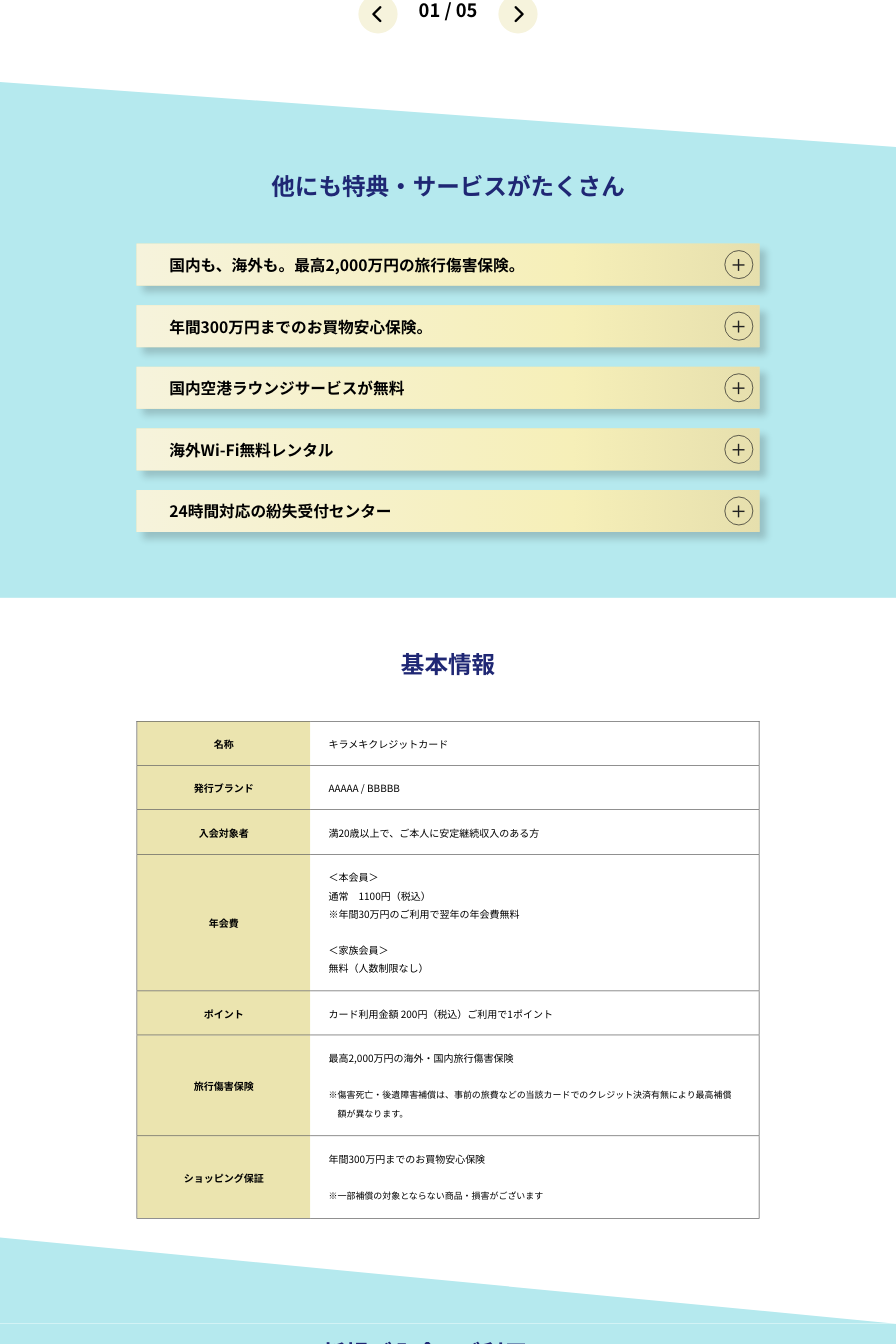
Repository: ryu-nuno/tech_academy_subwork
Page: kadai-kirameki-card/index.html
The author's editor kept a record of every edit. The page is drawn from the files as they stood at one moment, then again after the next edit.
The browser window is 1280 px wide. The pictures show the part of the page from y = 3260 to 5180 px (the page is 6289 px tall before and 6309 px after), at 70% of full size.
Some web libraries are served in a nearby version.

Above is the page before.

### kadai-kirameki-card/index.html
<!DOCTYPE html>
<html lang="ja">
    <head>
        <meta charset="UTF-8">
        <meta name="viewport" content="width=device-width, initial-scale=1.0">
        <title>Kirameki-card</title>
        <meta name="description" content="ページの説明が入ります">

        <!-- CSS -->
        <link rel="stylesheet" href="https://cdnjs.cloudflare.com/ajax/libs/normalize/8.0.1/normalize.css">
        <link rel="stylesheet" type="text/css" href="./slick/slick.css">
        <link rel="stylesheet" type="text/css" href="./slick/slick-theme.css">
        <!--<link rel="stylesheet" href="https://unpkg.com/swiper/swiper-bundle.css">
        <link rel="stylesheet" href="https://unpkg.com/swiper/swiper-bundle.min.css">-->
        <link rel="stylesheet" href="https://unpkg.com/swiper@7/swiper-bundle.min.css">
        <link rel="stylesheet" href="css/ress.min.css">
        <link rel="stylesheet" href="./css/style.css">

        <!-- FontAwesome -->
        <script src="https://kit.fontawesome.com/ab2670e4fc.js" crossorigin="anonymous"></script>

        <link rel="preconnect" href="https://fonts.googleapis.com">
        <link rel="preconnect" href="https://fonts.gstatic.com" crossorigin>
        <link href="https://fonts.googleapis.com/css2?family=Cormorant+Garamond:wght@300&family=Noto+Serif+JP&family=Roboto&display=swap" rel="stylesheet">
    </head>
    <body>
      <div id="wrapper">


        <!-- ヘッダー -->
        <header class="header">
          <div class="logo"><img src="./images/pc/Kirameki_Card_logo.png" alt=""></div>

          <div class="header_wrap">
            <div class="nav">
            <nav class="pc_nav">
              <ul class="pc_nav_ul">
                <li><a href="#">カード活用方法</a></li>
                <li><a href="#">ポイントを使う</a></li>
                <li><a href="#">お問合せ</a></li>
              </ul>
            </nav>
            </div>

            <div class="application_button_s"><span class="head_right"><a href="#">申し込む</a></span><i class="fas fa-chevron-right"></i></div>
          </div>
        </header>


        <header class="sp_header">
          <div><div class="sp_logo">キラメキカード</div></div>
                  <div class="sp_nav_wrap">
          <div id="menu"><span class="hamburger"><i class="fas fa-bars"></i></span></div>
            <nav class="sp_nav">
            <ul class="sp_nav_ul">
              <li><a href="#">カード活用方法</a></li>
              <li><a href="#">ポイントを使う</a></li>
              <li><a href="#">お問い合わせ</a></li>
            </ul>
        </nav>
    </div>
  </header>

        <!--メイン-->
        <main>

          <section class="main_top">
              <h1 class="main_catch">ネットショッピング時代の<br class="sp_br">スタンダード</h1>
                <div class="main_img">
                  <img src="./images/pc/lp6_1.png" alt="">
                </div>
                <div class="sp_join_button"><span class="sp_join_p"><a href="#">申し込む</a></span><i class="fas fa-chevron-right"></i></div>
                <div class="stack">
                  <div class="sub_catch">キラメキカードは<br class="sp_br">2021最強クレジットカード<br class="sp_br">ランキングNo.1に選ばれました</div>
                </div>
          </section>


          <div class="hide">
            <div class="gap">

            </div>
          </div>

          <div class="hide">
            <section class="join1">

              <h2 class="ad_heading">新規ご入会&ご利用で！</h2>
              <div class="join_wrap">
                <div class="join_detail">
                  <span class="vertical">最大</span>
                  <span class="font_l_red">8000</span><span class="point">ポイント</span><span class="kome">※</span><br>
                  <span class="text_center_present">プレゼント!</span>
                </div>

                <div class="campaign_period">
                  <span class="campaign">キャンペーン期間</span>
                 <span class="period">2021年10月1日〜2022年3月31日</span>
                </div>

                 <div class="campaign_caution">
                   <span class="rice_2">※</span>
                  <span class="subject">最大8000ポイントは新規ご入会かつカード発行後1ヶ月以内に3000円以上ご利用いただいた方が対象となります</span>
                 </div>

                <div class="caution_detail">
                  <div class="detail_first">
                  <span class="caution">＜ご注意事項＞<br></span>
                  <span class="not_app">以下のいずれかに当てはまる場合は対象外になります。<br></span>
                </div>

                <div class="detail_second">
                  <div class="flex">
                  <span class="not_app_p">・</span><span class="not_app_block">2021年9月30日時点で弊社が指定するカードをお持ちの方</span>
                </div>
                <div class="flex">
                  <span class="not_app_p">・</span><span class="not_app_block">2019年3月1日以降、新規で弊社が指定するカードを発行した履歴がある方</span>
                </div>
              </div>
              </div>
              </div>

                <div class="application_button_l"><span class="ad_right"><a href="#">キラメキカードに申し込む</a></span><i class="fas fa-chevron-right"></i></div>
             </section>
            </div>

          <div class="hide">
           <section class="benefit_service">
             <h2 class="heading">特典・サービス</h2>
            <table class="benefit_table">
              <tr>
                <td class="h_cell left_top"><span class="bold_head t_head">年会費</span></td>
                <td class="d_cell right_top"><span class="bold">1,100円（税込）<br></span>
                  <span class="bold">年間30万円のご利用で</span><span class="red_m">翌年度無料</span><span class="annotation sp_position">※1</span>
              </td>
              </tr>
              <tr>
                <td class="h_cell"><span class="bold_head t_head">ポイント還元</span></td>
                <td class="d_cell"><span class="bold">最大</span><span class="red_l">5</span><span class="bold">%</span><span class="annotation">※2</span> </td>
              </tr>
              <tr>
                <td class="h_cell"><span class="bold_head t_head">継続特典</span></td>
                <td class="d_cell"><span class="regular">年間30万円のご利用でもれなく<br></span>
                    <span class="red_l">5000</span><span class="bold">ポイント還元</span><span class="annotation">※1</span>
                </td>
              </tr>
              <tr>
                <td class="h_cell left_bottom"><span class="bold_head t_head">付帯サービス</span></td>
                <td class="d_cell right_bottom"><span class="regular">海外旅行障害保険<br></span>
                  <span class="bold">最高</span><span class="red_l">2000</span><span class="bold">万円</span>
                </td>
              </tr>
            </table>

            <div class="supplement sp_bottom"><span class="spp_no">※1 対象取引や算定期間等の実際の適用条件などの詳細は規約をご確認ください。</span></div>

          <div class="supplement"><span class="spp_no">※2一部ポイント加算対象とならない店舗および指定のポイント還元率にならない場合があります。ポイント還元率は利用金額に対する獲得ポイントを示したもので、ポイントの交換方法によっては、1ポイント1円相当にならない場合がございます。</span></div>


              <div class="application_button_l"><span class="ad_right"><a href="#">キラメキカードに申し込む</a></span><i class="fas fa-chevron-right"></i></div>
           </section>
          </div>

            <div class="hide">
             <section class="flow">
               <h2 class="heading">カード発行までの流れ</h2>

               <div class="swiper">
                <div class="swiper-wrapper">
                  <div class="swiper-slide"><div class="swiper-content"><span class="flow_no">01<br></span><span class="flow_head">カードお申し込み</span></div></div>
                  <div class="swiper-slide"><div class="swiper-content"><span class="flow_no">02<br></span><span class="flow_head">入会審査・カード発行</span></div></div>
                  <div class="swiper-slide"><div class="swiper-content"><span class="flow_no">03<br></span><span class="flow_head">カード到着</span></div></div>
                  <div class="swiper-slide"><div class="swiper-content"><span class="flow_no">04<br></span><span class="flow_head">アプリをダウンロード</span></div></div>
                  <div class="swiper-slide"><div class="swiper-content"><span class="flow_no">05<br></span><span class="flow_head">アプリでカード番号を確認</span></div></div>
                </div>
                <div class="swiper-button-prev"></div>
                <div class="swiper-button-next"></div>
                <div class="swiper-pagination"></div>
              </div>
             </section>
            </div>


           <section class="other">
              <h2 class="heading">他にも<br class="sp_br">特典・サービスがたくさん</h2>

              <div class="other_wrap">
                <dl class="accordion">
                    <dt class="other_heading"><div class="sp_question pc_question"><span class="other_head_p">国内も、海外も。<br class="sp_br">最高2,000万円の旅行傷害保険。</span><span class="symbol">開く</span></div></dt>
                    <dd class="other_p"><div class="flex" style="display : flex; align-items: baseline;"><div class="other_block">最高2,000万円の旅行傷害保険<br>海外・国内最高2,000万円の旅行傷害保険が付帯されます。（一部利用条件あり）</div></div></dd>
                    <dt class="other_heading"><div class="sp_question"><span class="other_head_p">年間300万円までの<br class="sp_br">お買物安心保険。</span><span class="symbol">開く</span></div></dt>
                    <dd class="other_p"><div class="flex" style="display : flex; align-items: baseline;"><div class="other_block">キラメキクレジットカードで決済して購入した商品が壊れたり、盗まれたりしたときに安心の保険サービスです。<br>保険料のお支払いや事前のお届けは必要ございません。</div></div></dd>
                    <dt class="other_heading"><div class="sp_question"><span class="other_head_p">国内空港ラウンジサービスが<br class="sp_br">無料<br class="sp_br"></span><span class="symbol">開く</span></div></dt>
                    <dd class="other_p"><div class="flex" style="display : flex; align-items: baseline;"><div class="other_block">国内主要空港のラウンジを無料でご利用いただくことが可能です。</div></div></dd>
                    <dt class="other_heading"><div class="sp_question"><span class="other_head_p_2">海外Wi-Fi無料レンタル</span><span class="symbol">開く</span></div></dt>
                    <dd class="other_p"><div class="flex" style="display : flex; align-items: baseline;"><div class="other_block">海外でご利用いただけるポータブルWi-Fiを無料でレンタルすることが可能です。</div></div></dd>
                    <dt class="other_heading"><div class="sp_question"><span class="other_head_p">24時間対応の<br class="sp_br">紛失受付センター</span><span class="symbol">開く</span></div></dt>
                    <dd class="other_p"><div class="flex" style="display : flex; align-items: baseline;"><div class="other_block">紛失したカードの利用停止と再発行のお手続きをWebと電話から同時に行うことが可能です。</div></div></dd>
                  </dl>
                </div>
            </section>








            <div class="hide">
              <section class="base_info">
                <h2 class="base_heading">基本情報</h2>

                <table class="base_info_table">
                  <tr><td class="base_info_th">名称</td><td class="base_info_td">キラメキクレジットカード</td></tr>
                  <tr><td class="base_info_th">発行ブランド</td><td class="base_info_td">AAAAA / BBBBB</td></tr>
                  <tr><td class="base_info_th">入会対象者</td><td class="base_info_td">満20歳以上で、ご本人に安定継続収入のある方</td></tr>
                  <tr><td class="base_info_th">年会費</td><td class="base_info_td"><div class="line_height">＜本会員＞<br>通常　1100円（税込）<br><span class="annotation_block">※年間30万円のご利用で翌年の年会費無料</span><br>＜家族会員＞<br>無料（人数制限なし）</div></td></tr>
                  <tr><td class="base_info_th">ポイント</td><td class="base_info_td">カード利用金額 200円（税込）ご利用で1ポイント</td></tr>
                  <tr><td class="base_info_th">旅行傷害保険</td><td class="base_info_td">最高2,000万円の海外・国内旅行傷害保険<br><span class="annotation_flex"><span class="info_annotation">※</span><span class="info_annotation annotation_block">傷害死亡・後遺障害補償は、事前の旅費などの当該カードでのクレジット決済有無により最高補償額が異なります。</span></span></td></tr>
                  <tr><td class="base_info_th">ショッピング保証</td><td class="base_info_td">年間300万円までのお買物安心保険<br><span class="annotation_flex"><span class="info_annotation">※</span><span class="info_annotation annotation_block">一部補償の対象とならない商品・損害がございます</span></span></td></tr>


                </table>
              </section>
            </div>

            <div class="hide">
              <section class="join2">
                <h2 class="ad_heading">新規ご入会&amp;ご利用で！</h2>
                <div class="join_wrap">
                  <div class="join_detail">
                    <span class="vertical">最大</span>
                    <span class="font_l_red">8000</span><span class="point">ポイント</span><span class="kome">※</span><br>
                    <span class="text_center_present">プレゼント!</span>
                  </div>

                  <div class="campaign_period">
                    <span class="campaign">キャンペーン期間</span>
                   <span class="period">2021年10月1日〜2022年3月31日</span>
                  </div>

                   <div class="campaign_caution">
                     <span class="rice_2">※</span>
                    <span class="subject">最大8000ポイントは新規ご入会かつカード発行後1ヶ月以内に3000円以上ご利用いただいた方が対象となります</span>
                   </div>

                  <div class="caution_detail">
                    <div class="detail_first">
                    <span class="caution">＜ご注意事項＞<br></span>
                    <span class="not_app">以下のいずれかに当てはまる場合は対象外になります。<br></span>
                  </div>

                  <div class="detail_second">
                    <div class="flex">
                    <span class="not_app_p">・</span><span class="not_app_block">2021年9月30日時点で弊社が指定するカードをお持ちの方</span>
                  </div>
                  <div class="flex">
                    <span class="not_app_p">・</span><span class="not_app_block">2019年3月1日以降、新規で弊社が指定するカードを発行した履歴がある方</span>
                  </div>
                </div>
                </div>
                </div>

                  <div class="application_button_l"><span class="ad_right"><a href="#">キラメキカードに申し込む</a></span><i class="fas fa-chevron-right"></i></div>
               </section>
              </div>

        </main>

        <!-- フッター -->
        <footer class="footer">
          <div class="footer_logo"><img src="./images/pc/Kirameki_Card_logo.png" alt="フッターロゴ"></div>
          <p class="copywrite">&copy; 2004-2021 Kirameki Card Co. Ltd. All Rights Reserved.</p>

        </footer>

        <!-- JS -->
        <script src="https://ajax.googleapis.com/ajax/libs/jquery/3.4.1/jquery.min.js"></script>
        <!--<script type="text/javascript" src="https://cdnjs.cloudflare.com/ajax/libs/jquery/1.11.1/jquery.min.js"></script>
        <script src="https://code.jquery.com/jquery-2.2.0.min.js" type="text/javascript"></script>-->
        <!--<script src="https://unpkg.com/swiper/swiper-bundle.js"></script>
        <script src="https://unpkg.com/swiper/swiper-bundle.min.js"></script>-->
        <script src="https://unpkg.com/swiper@7/swiper-bundle.min.js"></script>
        <script src="./slick/slick.js"  ></script>
        <script src="./js/hamburger.js"></script>
        <script src="./js/accordion.js"></script>
        <script src="./js/swiper.js"></script>
        <script src="./js/inview.js"></script>

      </div>
    </body>
</html>

### kadai-kirameki-card/css/ress.min.css
/*!
 * ress.css • v4.0.0
 * MIT License
 * github.com/filipelinhares/ress
 */html{box-sizing:border-box;-webkit-text-size-adjust:100%;word-break:normal;-moz-tab-size:4;tab-size:4}*,:after,:before{background-repeat:no-repeat;box-sizing:inherit}:after,:before{text-decoration:inherit;vertical-align:inherit}*{padding:0;margin:0}hr{overflow:visible;height:0;color:inherit}details,main{display:block}summary{display:list-item}small{font-size:80%}[hidden]{display:none}abbr[title]{border-bottom:none;text-decoration:underline;text-decoration:underline dotted}a{background-color:transparent}a:active,a:hover{outline-width:0}code,kbd,pre,samp{font-family:monospace,monospace}pre{font-size:1em}b,strong{font-weight:bolder}sub,sup{font-size:75%;line-height:0;position:relative;vertical-align:baseline}sub{bottom:-.25em}sup{top:-.5em}table{border-color:inherit;text-indent:0}input{border-radius:0}[disabled]{cursor:default}[type=number]::-webkit-inner-spin-button,[type=number]::-webkit-outer-spin-button{height:auto}[type=search]{-webkit-appearance:textfield;outline-offset:-2px}[type=search]::-webkit-search-decoration{-webkit-appearance:none}textarea{overflow:auto;resize:vertical}button,input,optgroup,select,textarea{font:inherit}optgroup{font-weight:700}button{overflow:visible}button,select{text-transform:none}[role=button],[type=button],[type=reset],[type=submit],button{cursor:pointer;color:inherit}[type=button]::-moz-focus-inner,[type=reset]::-moz-focus-inner,[type=submit]::-moz-focus-inner,button::-moz-focus-inner{border-style:none;padding:0}[type=button]::-moz-focus-inner,[type=reset]::-moz-focus-inner,[type=submit]::-moz-focus-inner,button:-moz-focusring{outline:1px dotted ButtonText}[type=reset],[type=submit],button,html [type=button]{-webkit-appearance:button}button,input,select,textarea{background-color:transparent;border-style:none}a:focus,button:focus,input:focus,select:focus,textarea:focus{outline-width:0}select{-moz-appearance:none;-webkit-appearance:none}select::-ms-expand{display:none}select::-ms-value{color:currentColor}legend{border:0;color:inherit;display:table;white-space:normal;max-width:100%}::-webkit-file-upload-button{-webkit-appearance:button;color:inherit;font:inherit}img{border-style:none}progress{vertical-align:baseline}[aria-busy=true]{cursor:progress}[aria-controls]{cursor:pointer}[aria-disabled=true]{cursor:default}

Loaded but not shown: kadai-kirameki-card/slick/slick.css (common file); kadai-kirameki-card/slick/slick-theme.css (common file); kadai-kirameki-card/slick/slick.js (library); kadai-kirameki-card/js/swiper.js (41 lines, source omitted); kadai-kirameki-card/js/inview.js (12 lines, source omitted); kadai-kirameki-card/js/accordion.js (6 lines, source omitted); kadai-kirameki-card/js/hamburger.js (5 lines, source omitted); kadai-kirameki-card/css/style.css (1590 lines, source omitted)

After the next edit:
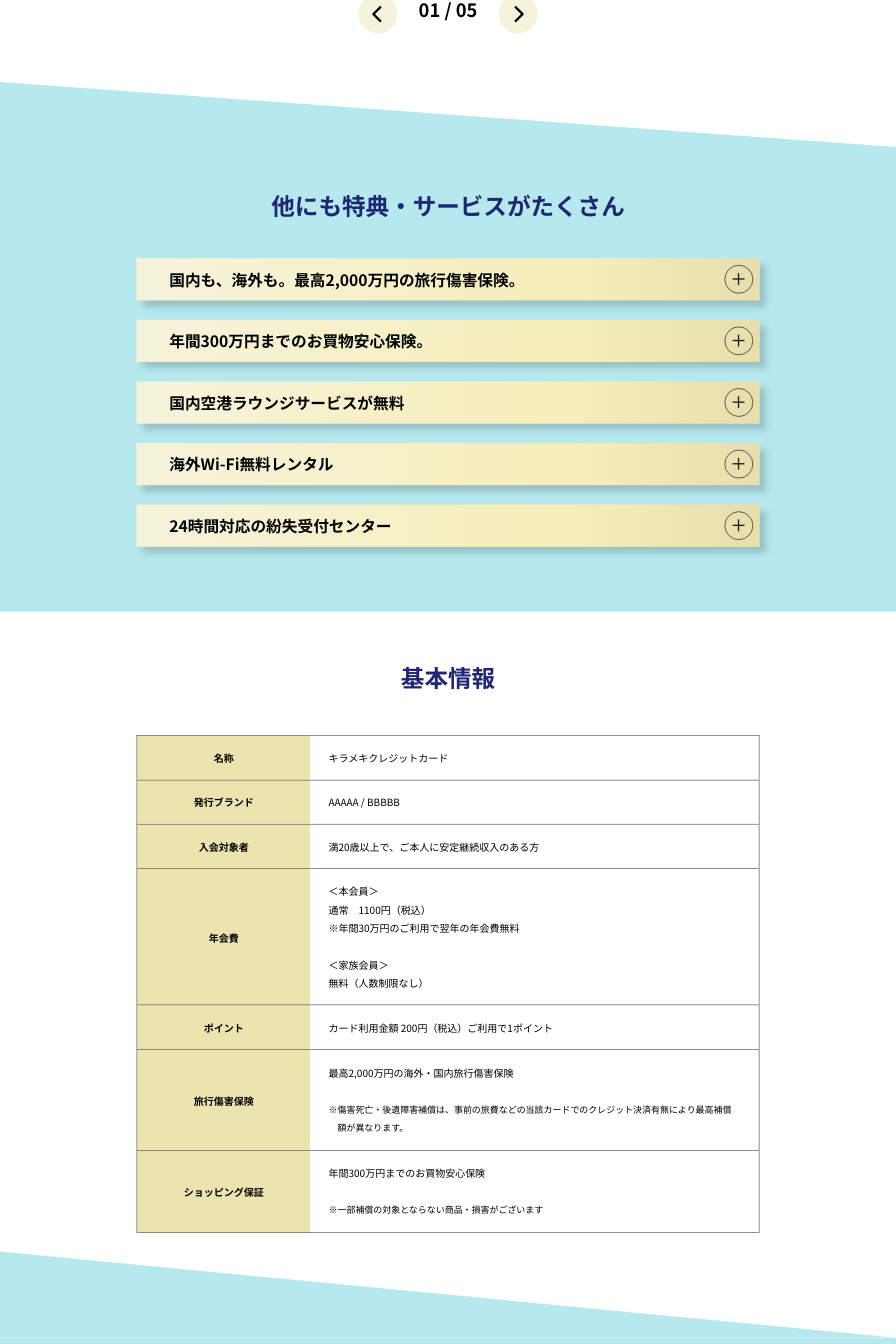
The edit:
--- a/kadai-kirameki-card/index.html
+++ b/kadai-kirameki-card/index.html
@@ -182,7 +182,7 @@
 
 
            <section class="other">
-              <h2 class="heading">他にも<br class="sp_br">特典・サービスがたくさん</h2>
+              <h2 class="ohter_content_heading">他にも<br class="sp_br">特典・サービスがたくさん</h2>
 
               <div class="other_wrap">
                 <dl class="accordion">
